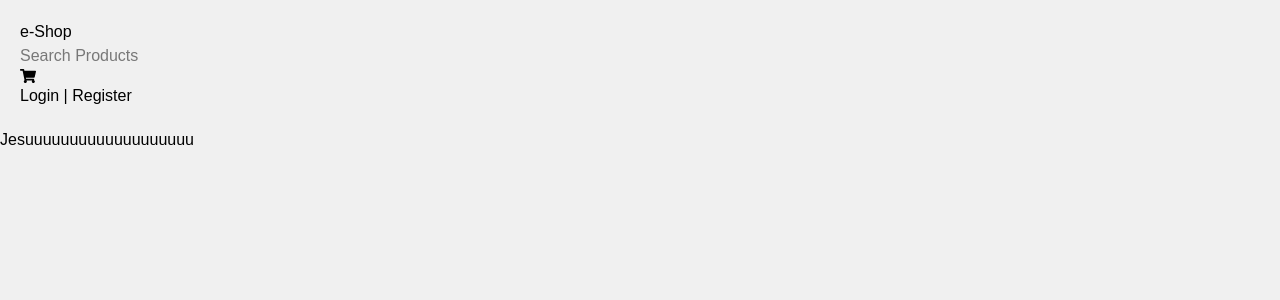
Repository: EmmyDunny1/frontend-ecommerce
Page: /
The author's editor kept a copy of each file at every save. The page is drawn from the files as they stood at one save, then again after a run of saves.
The browser window is 1280 px wide. The pictures show the whole page.
The project was rebuilt for these pictures with package versions that can differ from the ones it lists, and the page was loaded fresh each time. Also part of the build but not shown: vite.config.js.

Above is the page before, as saved 2025-05-08 17:36:50.

### src/App.jsx


import React from 'react';
import { BrowserRouter, Routes, Route} from 'react-router-dom'
import Navbar from './components/Navbar'
import Footer from './components/Footer'
import Home from './pages/Home'
import './App.css';

function App() {

  return (
   <BrowserRouter>
   <Navbar/>
   <Routes>
    <Route path='/' element={<Home/>}>

    </Route>
   </Routes>
   <Footer/>
   </BrowserRouter>

  )
}

export default App

### src/components/Navbar.jsx
import React from 'react'
import { Link } from 'react-router-dom'
import { FaShoppingCart } from 'react-icons/fa'

const Navbar = () => {
  return (
    <nav>
      <div className='container px-4 md:px-16px lg:px-24px'>
        <div>
          <Link to='/'>e-Shop</Link>
        </div>
        <div>
          <form>
            <input type="text" placeholder='Search Products' />
          </form>
        </div>
        <div>
          <Link to='/Cart'><FaShoppingCart/></Link>
          <button>Login | Register</button>
        </div>
      </div>
    </nav>

  )
}

export default Navbar

### src/pages/Home.jsx
import React from 'react'

const Home = () => {
  return (
    <div>
      Jesuuuuuuuuuuuuuuuuuuu
    </div>
  )
}

export default Home

### src/App.css
/* filepath: c:\Users\USER\Desktop\My Deelopment Projects\E-COMMERCE\e-commerce-website\src\App.css */
body {
    margin: 0;
    font-family: Arial, sans-serif;
    background-color: #f0f0f0;
  }

  .container {
    padding: 20px;
  }

Loaded but not shown: index.html (common file); src/main.jsx (common file); src/index.css (common file); src/components/Footer.jsx (common file)

After the next 3 saves:
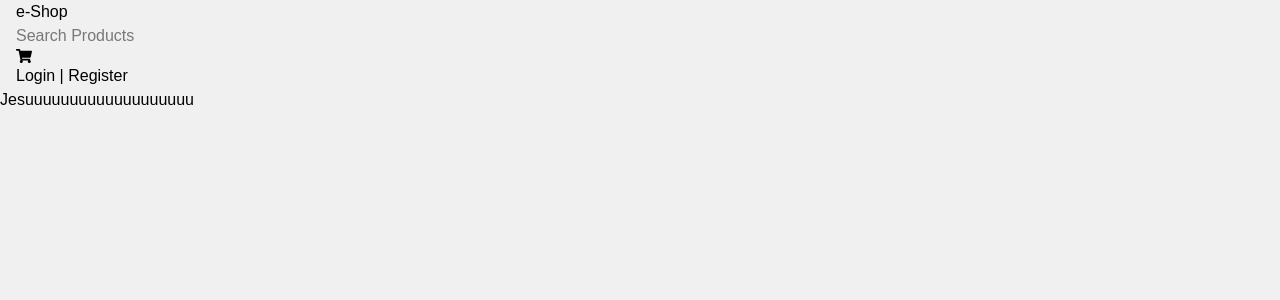
The 3 saves are shown as one change because they came seconds apart.
The last was saved 15 s later.
--- a/src/components/Navbar.jsx
+++ b/src/components/Navbar.jsx
@@ -5,7 +5,7 @@
 const Navbar = () => {
   return (
     <nav>
-      <div className='container px-4 md:px-16px lg:px-24px'>
+      <div className='containerm px-4 md:px-16px lg:px-24px'>
         <div>
           <Link to='/'>e-Shop</Link>
         </div>

After the 4 saves that followed:
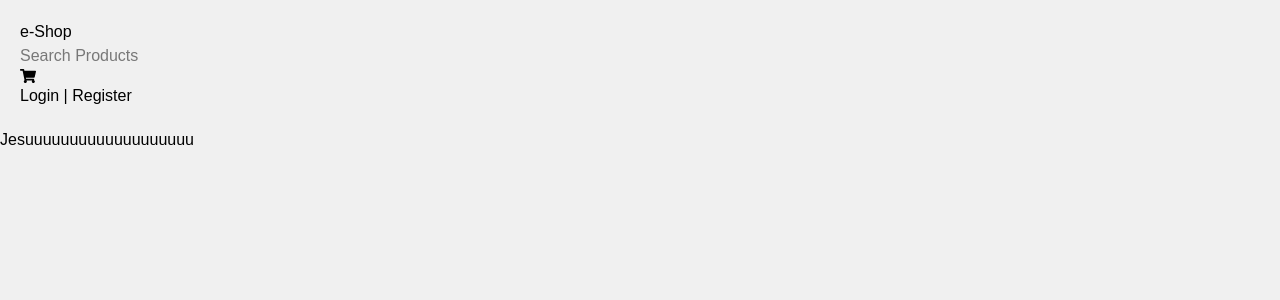
The 4 saves are shown as one change because they came seconds apart.
The last was saved 16 s later.
--- a/src/components/Navbar.jsx
+++ b/src/components/Navbar.jsx
@@ -5,7 +5,7 @@
 const Navbar = () => {
   return (
     <nav>
-      <div className='containerm px-4 md:px-16px lg:px-24px'>
+      <div className='container mx-auto px-4 md:px-16px lg:px-24px'>
         <div>
           <Link to='/'>e-Shop</Link>
         </div>
